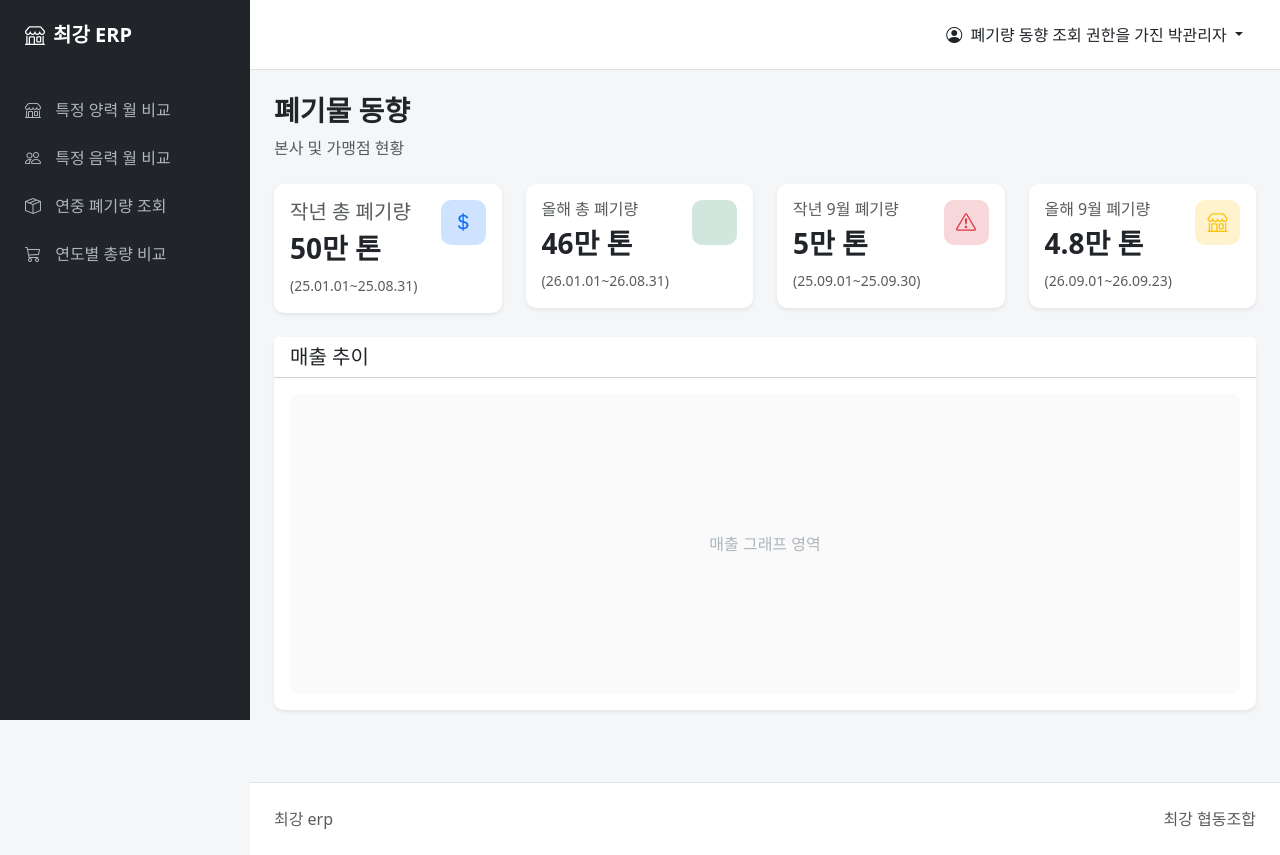
Repository: nojong99/kosta
Page: 32_MVCModel2/src/main/webapp/wasteTrends.html
These files come from the project's save history. The page is drawn as it stood at one moment and after the next save; the edit follows.
The browser window is 1280 px wide. The pictures show the whole page.

Above is the page before, as saved 2026-09-23 03:10:46.

### 32_MVCModel2/src/main/webapp/wasteTrends.html
<!DOCTYPE html>
<html lang="ko">

<head>
    <meta charset="UTF-8">
    <meta name="viewport" content="width=device-width, initial-scale=1">

    <title>Franchise ERP</title>

    <link
        href="https://cdn.jsdelivr.net/npm/bootstrap@5.3.8/dist/css/bootstrap.min.css"
        rel="stylesheet">
    <link
        rel="stylesheet"
        href="https://cdn.jsdelivr.net/npm/bootstrap-icons@1.13.1/font/bootstrap-icons.min.css">
	<link rel="stylesheet" href="css/wasteTrends.css">


</head>


<body>

<div class="sidebar">

    <div class="logo">

        <i class="bi bi-shop me-2"></i>

        <span>최강 ERP</span>

    </div>


    <ul class="nav flex-column mt-3">


        <!-- 대시보드 -->

        <li class="nav-item">

            <a class="nav-link" href="#">

                <i class="bi bi-shop"></i>

                <span>특정 양력 월 비교</span>

            </a>

        </li>

        <li class="nav-item">

            <a class="nav-link" href="#">

                <i class="bi bi-people"></i>

                <span>특정 음력 월 비교</span>

            </a>

        </li>

        <li class="nav-item">

            <a class="nav-link" href="#">

                <i class="bi bi-box-seam"></i>

                <span>연중 폐기량 조회</span>

            </a>

        </li>

        <li class="nav-item">

            <a class="nav-link" href="#">

                <i class="bi bi-cart3"></i>

                <span>연도별 총량 비교</span>

            </a>

        </li>



    </ul>

</div>



<!-- ==================================================
     MAIN
================================================== -->

<div class="main">


    <!-- ==================================================
         TOPBAR
    ================================================== -->

    <nav class="navbar topbar px-4">

        <div>

            <button
                class="btn btn-light d-md-none">

                <i class="bi bi-list"></i>
            </button>

        </div>


        <div class="dropdown">

            <button
                class="btn dropdown-toggle"
                data-bs-toggle="dropdown">

                <i class="bi bi-person-circle me-1"></i>

                폐기량 동향 조회 권한을 가진 박관리자

            </button>


            <ul class="dropdown-menu dropdown-menu-end">

                <li>
                    <a class="dropdown-item" href="#">
                        프로필
                    </a>
                </li>

                <li>
                    <a class="dropdown-item" href="#">
                        설정
                    </a>
                </li>

                <li>
                    <hr class="dropdown-divider">
                </li>

                <li>
                    <a class="dropdown-item" href="#">
                        로그아웃
                    </a>
                </li>

            </ul>

        </div>

    </nav>



    <main class="container-fluid p-4">

        <div class="mb-4">

            <h3 class="fw-bold">
                폐기물 동향
            </h3>

            <p class="text-muted mb-0">
                본사 및 가맹점 현황
            </p>

        </div>

        <div class="row g-4 mb-4">
            <div class="col-12 col-sm-6 col-xl-3">

                <div class="card dashboard-card shadow-sm">

                    <div class="card-body">

                        <div class="d-flex justify-content-between">

                            <div>

                                <h5 class="text-muted">
                                    작년 총 폐기량
                                </h5 >

                                <h3 class="fw-bold">
                                    50만 톤
                                </h3>

                            </div>


                            <div class="dashboard-icon bg-primary-subtle text-primary">

                                <i class="bi bi-currency-dollar"></i>

                            </div>

                        </div>

                        <small class="text-muted">
                            (25.01.01~25.08.31)
                        </small>

                    </div>

                </div>

            </div>

            <div class="col-12 col-sm-6 col-xl-3">

                <div class="card dashboard-card shadow-sm">

                    <div class="card-body">

                        <div class="d-flex justify-content-between">

                            <div>

                                <h6 class="text-muted">
                                    올해 총 폐기량
                                </h6>

                                <h3 class="fw-bold">
                                    46만 톤
                                </h3>

                            </div>


                            <div class="dashboard-icon bg-success-subtle text-success">

                            </div>

                        </div>

                        <small class="text-muted">
                            (26.01.01~26.08.31)
                        </small>

                    </div>

                </div>

            </div>

            <div class="col-12 col-sm-6 col-xl-3">

                <div class="card dashboard-card shadow-sm">

                    <div class="card-body">

                        <div class="d-flex justify-content-between">

                            <div>

                                <h6 class="text-muted">
									작년 9월 폐기량
                                </h6>

                                <h3 class="fw-bold">
                                    5만 톤
                                </h3>

                            </div>


                            <div class="dashboard-icon bg-danger-subtle text-danger">

                                <i class="bi bi-exclamation-triangle"></i>

                            </div>

                        </div>

                        <small class="text-muted">
                            (25.09.01~25.09.30)
                        </small>

                    </div>

                </div>

            </div>

            <div class="col-12 col-sm-6 col-xl-3">

                <div class="card dashboard-card shadow-sm">

                    <div class="card-body">

                        <div class="d-flex justify-content-between">

                            <div>

                                <h6 class="text-muted">
                                    올해 9월 폐기량
                                </h6>

                                <h3 class="fw-bold">
                                    4.8만 톤
                                </h3>

                            </div>


                            <div class="dashboard-icon bg-warning-subtle text-warning">

                                <i class="bi bi-shop"></i>

                            </div>

                        </div>

                        <small class="text-muted">
							(26.09.01~26.09.23)
                        </small>

                    </div>

                </div>

            </div>

        </div>



        <!-- ==================================================
             2. 매출 / 재고
        ================================================== -->

        <div class="row g-4 mb-4">


            <!-- 매출 그래프 -->

            <div class="col-12">

                <div class="card dashboard-card shadow-sm">

                    <div class="card-header bg-white">

                        <h5 class="mb-0">
                            매출 추이
                        </h5>

                    </div>

                    <div class="card-body">

                        <div class="chart-area">

                            <span>
                                매출 그래프 영역
                            </span>

                        </div>

                    </div>

                </div>

            </div>

    </main>



    <!-- ==================================================
         FOOTER
    ================================================== -->

    <footer class="py-4 mt-4 bg-white border-top">

        <div class="container-fluid px-4">

            <div class="d-flex justify-content-between">

                <span class="text-muted">
                    최강 erp
                </span>

                <span class="text-muted">
                    최강 협동조합
                </span>

            </div>

        </div>

    </footer>


</div>



<!-- Bootstrap 5 JS -->

<script
    src="https://cdn.jsdelivr.net/npm/bootstrap@5.3.8/dist/js/bootstrap.bundle.min.js">
</script>


</body>

</html>

### 32_MVCModel2/src/main/webapp/css/wasteTrends.css
@charset "UTF-8";


body {
    background-color: #f5f6f8;
}

/* 사이드바 */
.sidebar {
    width: 250px;
    min-height: 100vh;
    background-color: #212529;
    position: fixed;
    left: 0;
    top: 0;
}

.sidebar .logo {
    height: 70px;
    display: flex;
    align-items: center;
    padding: 0 25px;
    font-size: 20px;
    font-weight: bold;
    color: white;
}

.sidebar .nav-link {
    color: #adb5bd;
    padding: 12px 25px;
}

.sidebar .nav-link:hover,
.sidebar .nav-link.active {
    color: white;
    background-color: #343a40;
}

.sidebar .nav-link i {
    margin-right: 10px;
}

/* 메인 */
.main {
    margin-left: 250px;
    min-height: 100vh;
}

/* 상단바 */
.topbar {
    height: 70px;
    background-color: white;
    border-bottom: 1px solid #dee2e6;
}

/* 카드 */
.dashboard-card {
    border: none;
    border-radius: 10px;
}

.dashboard-icon {
    width: 45px;
    height: 45px;
    border-radius: 10px;

    display: flex;
    align-items: center;
    justify-content: center;

    font-size: 20px;
}

/* 차트 영역 */
.chart-area {
    height: 300px;

    display: flex;
    align-items: center;
    justify-content: center;

    color: #adb5bd;
    background-color: #fafafa;
    border-radius: 8px;
}

/* 빈 데이터 */
.empty-data {
    height: 150px;

    display: flex;
    align-items: center;
    justify-content: center;

    color: #adb5bd;
}

@media (max-width: 768px) {

    .sidebar {
        width: 70px;
    }

    .sidebar .logo span,
    .sidebar .nav-link span {
        display: none;
    }

    .sidebar .nav-link {
        text-align: center;
        padding: 15px 0;
    }

    .sidebar .nav-link i {
        margin: 0;
    }

    .main {
        margin-left: 70px;
    }

}

After the next save:
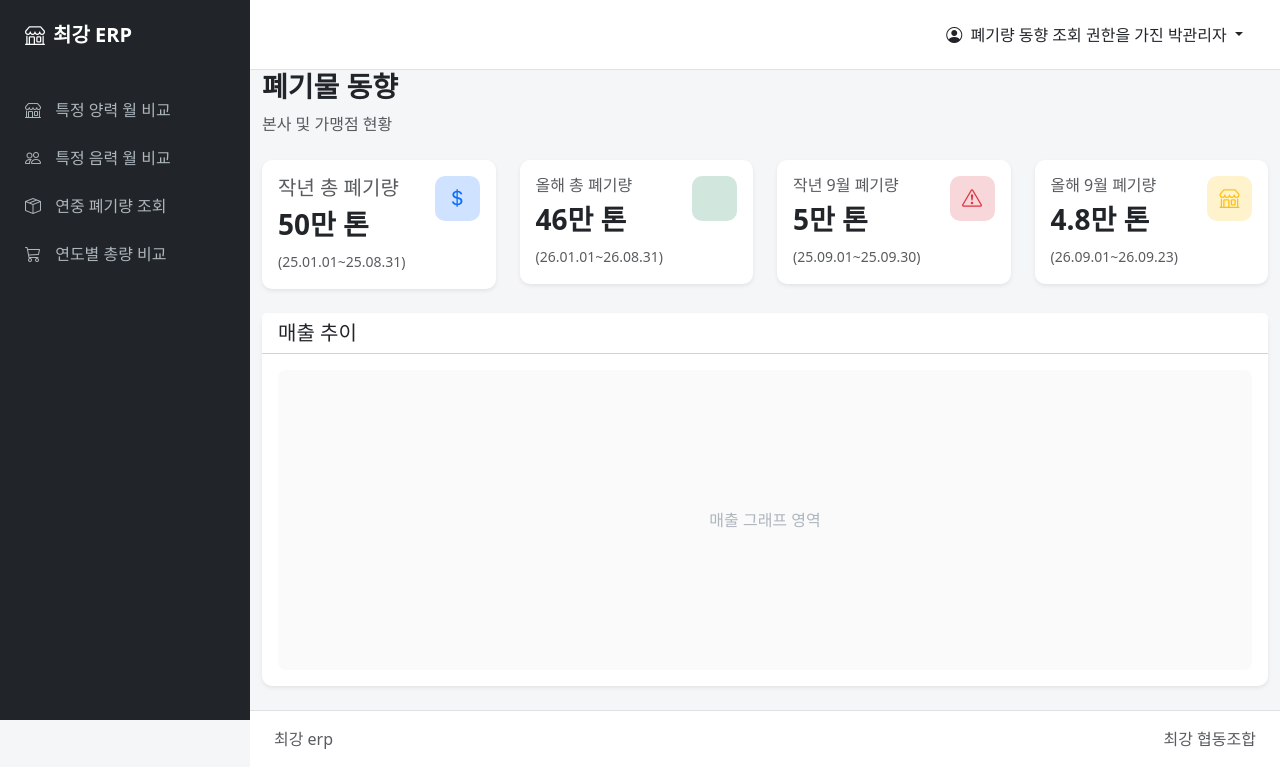
Saved 27 s later.
--- a/32_MVCModel2/src/main/webapp/wasteTrends.html
+++ b/32_MVCModel2/src/main/webapp/wasteTrends.html
@@ -162,7 +162,7 @@
 
 
 
-    <main class="container-fluid p-4">
+    <main class="container-fluid ">
 
         <div class="mb-4">
 
@@ -380,7 +380,7 @@
          FOOTER
     ================================================== -->
 
-    <footer class="py-4 mt-4 bg-white border-top">
+    <footer class="py-3 mt-4 bg-white border-top">
 
         <div class="container-fluid px-4">
 
